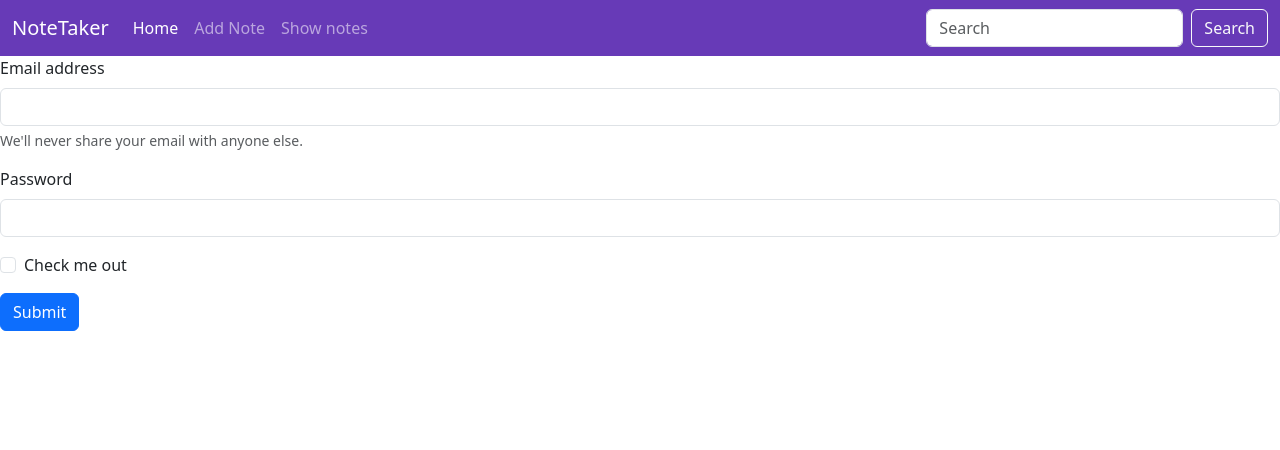
Repository: smritihbtu/Note-Maker
Page: http://localhost/NoteTaker/add_notes.jsp
The author's editor kept a copy of each file at every save. The page is drawn from the files as they stood at one save, then again after the next save.
The browser window is 1280 px wide. The pictures show the whole page.
The page is served by Tomcat 9.

Above is the page before, as saved 2023-08-20 06:45:37.

After the next save:
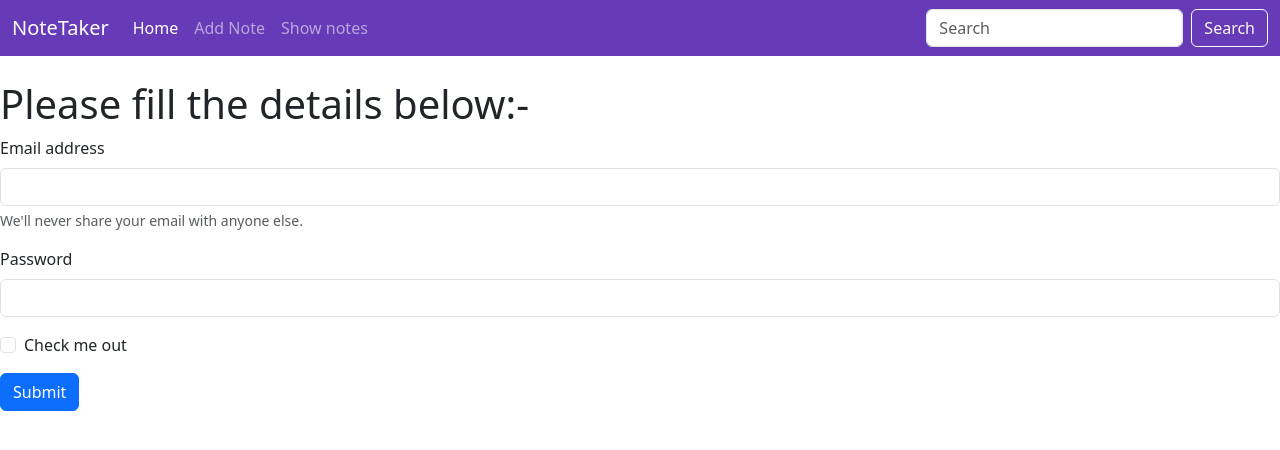
Saved 66 s later.
--- a/NoteTaker/src/main/webapp/add_notes.jsp
+++ b/NoteTaker/src/main/webapp/add_notes.jsp
@@ -16,6 +16,8 @@
 <div class="container-fluid p-0 m-0">
 <%@include file="navbar.jsp" %>
 </div>
+<br>
+<h1>Please fill the details below:-</h1>
 
 <!-- form added  -->
 
